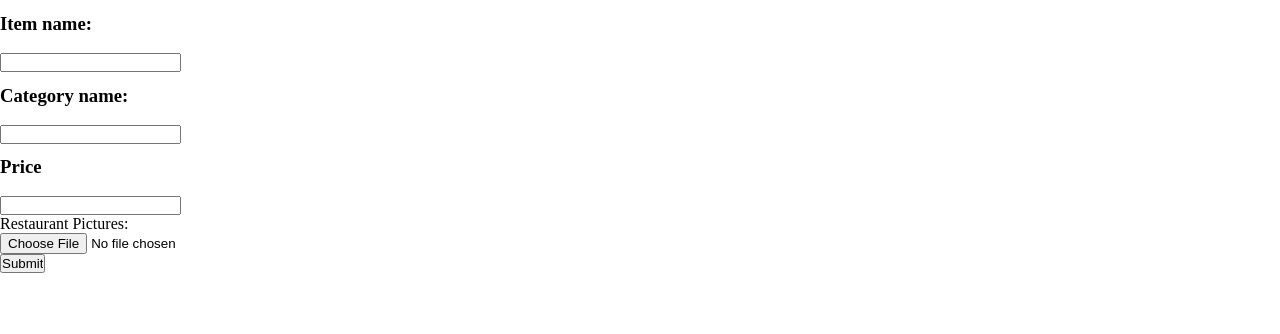
Repository: jatannoury/Ecommerce-Laravel-Electron
Page: Admin-electron/src/HTML/add_item.html
An editor plug-in stored every save of this project. The page is shown before and after a run of saves, followed by the edit.
The browser window is 1280 px wide. The pictures show the whole page.

Above is the page before, as saved 2022-06-10 22:29:00.

After the next 2 saves:
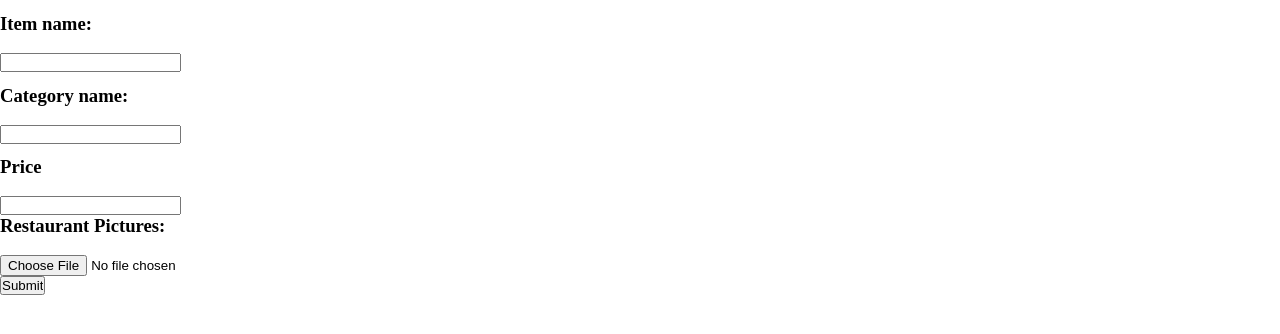
The 2 saves are shown as one change because they came seconds apart.
The last was saved 7 s later.
--- a/Admin-electron/src/HTML/add_item.html
+++ b/Admin-electron/src/HTML/add_item.html
@@ -16,7 +16,7 @@
             <h3 for="price" class="one" id="price">Price</h3><br>
             <input type="text"  name="fname" ><br>
             <div >
-            <label for="pictures">Restaurant Pictures:</label><br>
+            <h3 for="pictures">Restaurant Pictures:</h3><br>
             <input id="pictures" type="file" accept="image/*">
             </div>
             <input type="submit" value="Submit">
